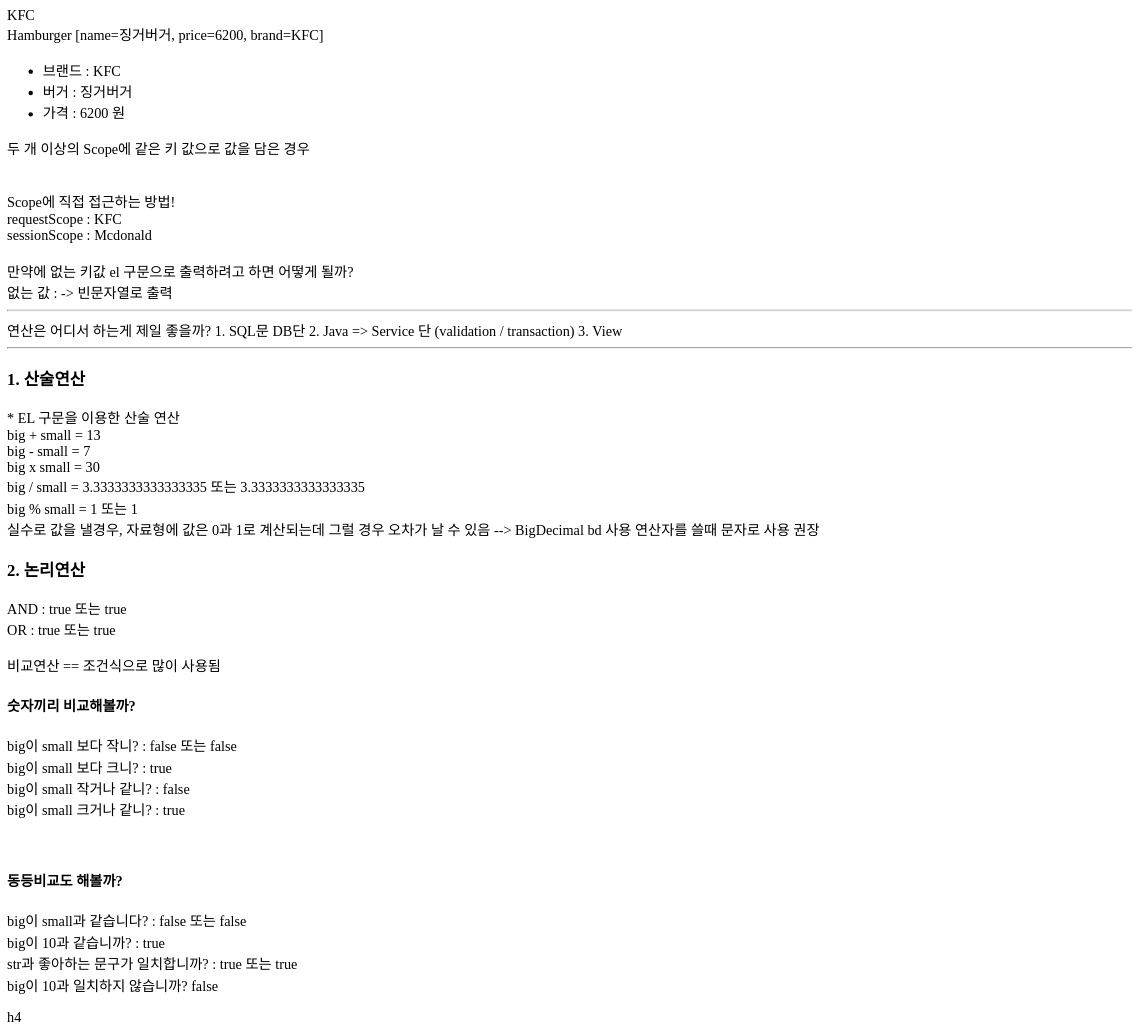
Repository: parkjin-sol/web-workplace
Page: http://localhost/McdonaldProject/sc
An editor plug-in stored every save of this project. The page is shown before and after a run of saves, followed by the edit.
The browser window is 1280 px wide. The pictures show the whole page, at 89% of full size.
The page is served by Tomcat 9.

Above is the page before, as saved 2025-03-11 02:19:00.

After the next 3 saves:
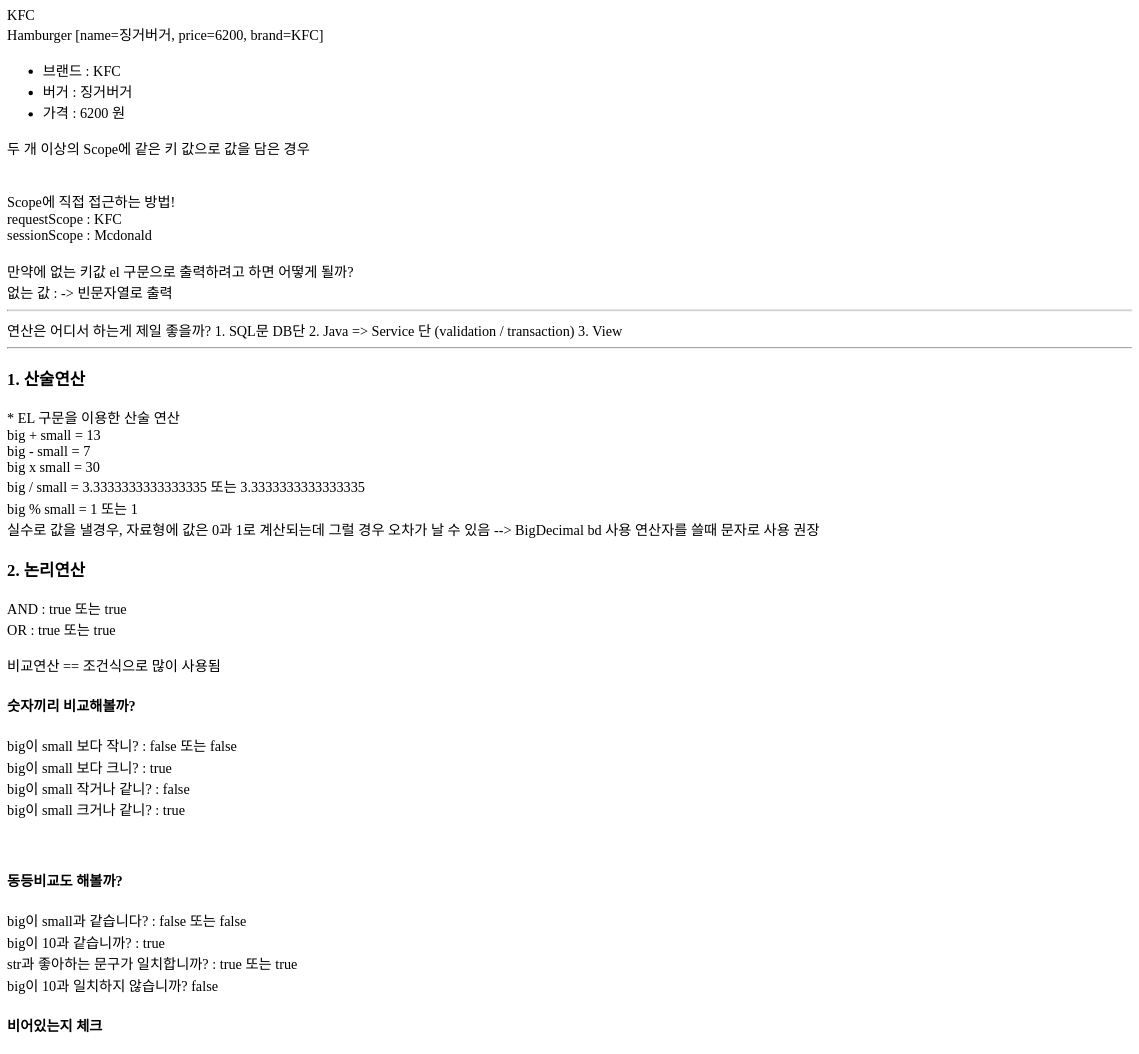
The 3 saves are shown as one change because they came seconds apart.
The last was saved 18 s later.
--- a/McdonaldProject/src/main/webapp/WEB-INF/views/print.jsp
+++ b/McdonaldProject/src/main/webapp/WEB-INF/views/print.jsp
@@ -92,7 +92,9 @@
 	 </p>
 
 
-	 h4<%!  %>
+	 <h4>비어있는지 체크</h4>
+
+	 <p>
 
 
 
